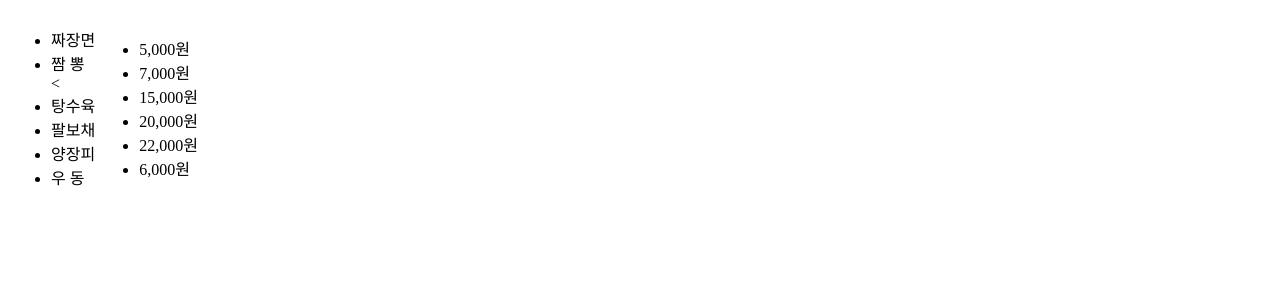
Repository: goalki/pension
Page: http://localhost/pension/etc/jquery_index2.jsp
These files come from the project's save history. The page is drawn as it stood at one moment and after the next save; the edit follows.
The browser window is 1280 px wide. The pictures show the whole page.
The page is served by Tomcat 9.

Above is the page before, as saved 2021-01-19 06:22:01.

After the next save:
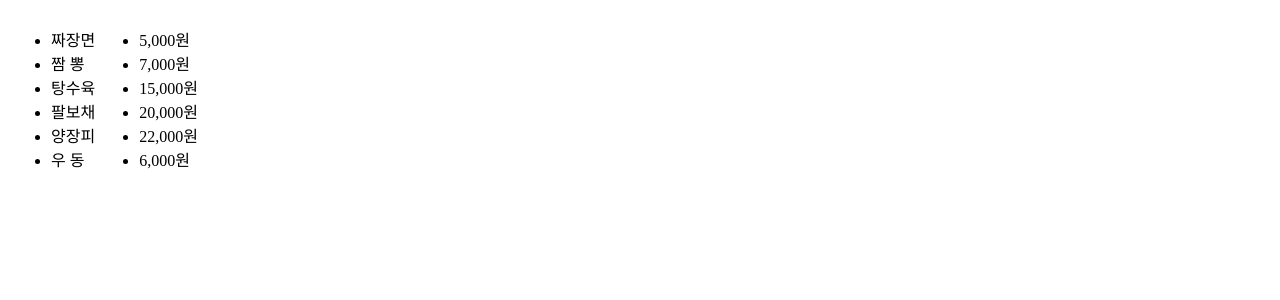
Saved 14 s later.
--- a/pension/WebContent/etc/jquery_index2.jsp
+++ b/pension/WebContent/etc/jquery_index2.jsp
@@ -32,8 +32,8 @@
   <td>
    <ul>  <!-- $(this).index() =>   -->
     <li class="menu"> 짜장면 </li><div></div>
-    <li class="menu"> 짬 뽕 </li><div><<div></div>
-    <li class="menu"> 탕수육 </li><div><div></div>
+    <li class="menu"> 짬 뽕 </li><div></div>
+    <li class="menu"> 탕수육 </li><div></div>
     <li class="menu"> 팔보채 </li><div></div>
     <div></div>
     <li class="menu"> 양장피 </li>
